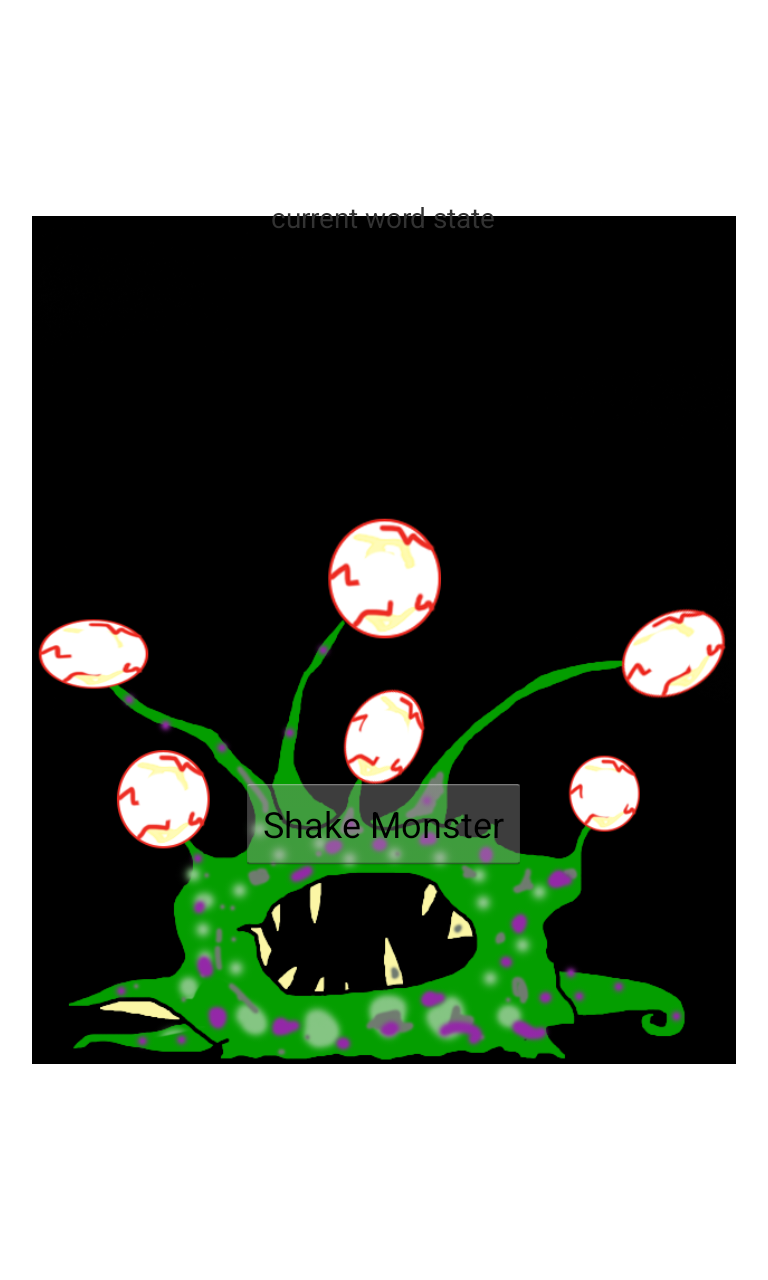
Repository: svandenhout/EvilSpaceMonsterHangman
Layout: evilSpaceMonsterHangman/res/layout/activity_main.xml
An editor plug-in stored every save of this project. The layout is shown before and after the next save, followed by the edit.
It is drawn on a 768 x 1280 px phone screen (xhdpi) without system bars, with theme AppTheme; the app's code is not run.

Above is the layout before, as saved 2014-02-14 12:07:57.

After the next save:
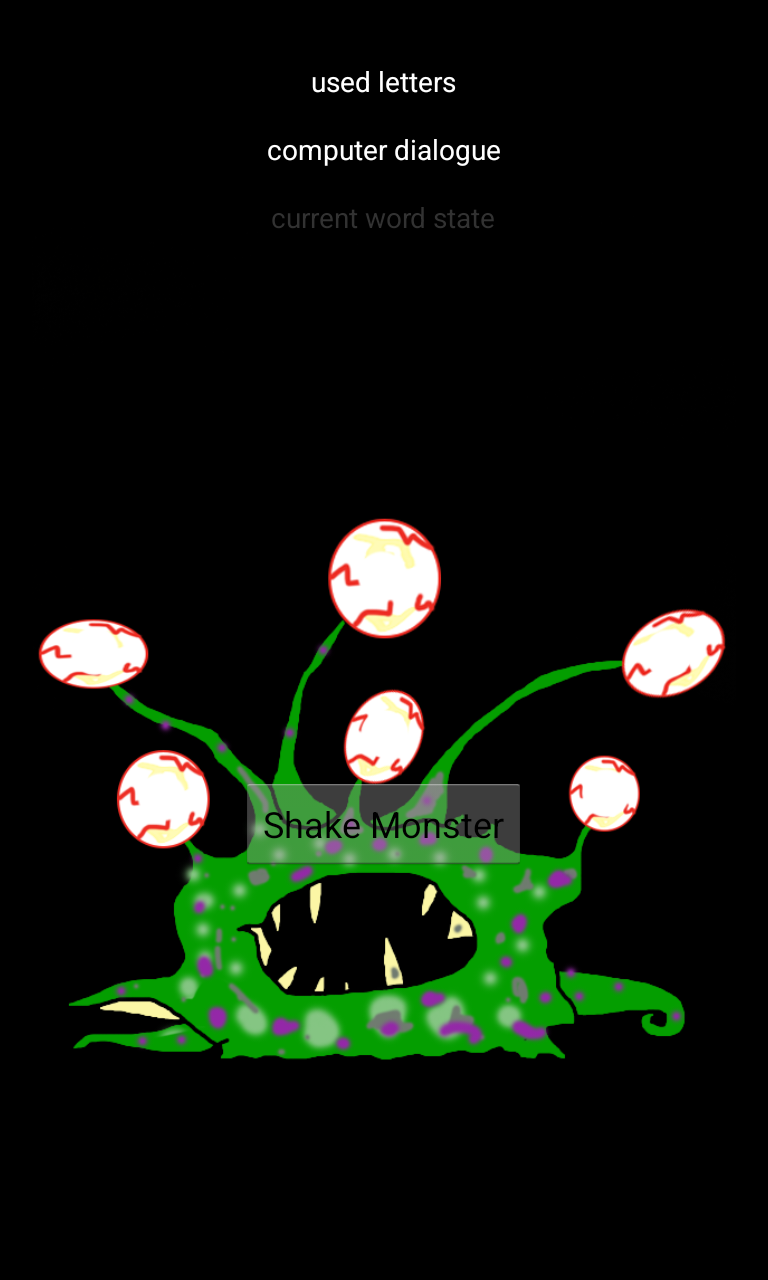
Saved 9 s later.
--- a/evilSpaceMonsterHangman/res/layout/activity_main.xml
+++ b/evilSpaceMonsterHangman/res/layout/activity_main.xml
@@ -2,7 +2,7 @@
               xmlns:tools="http://schemas.android.com/tools"
               android:layout_width="match_parent"
               android:layout_height="match_parent"
-              android:background="#ffffff"
+              android:background="#000000"
               android:paddingLeft="@dimen/activity_horizontal_margin"
               android:paddingRight="@dimen/activity_horizontal_margin"
               android:paddingTop="@dimen/activity_vertical_margin"
